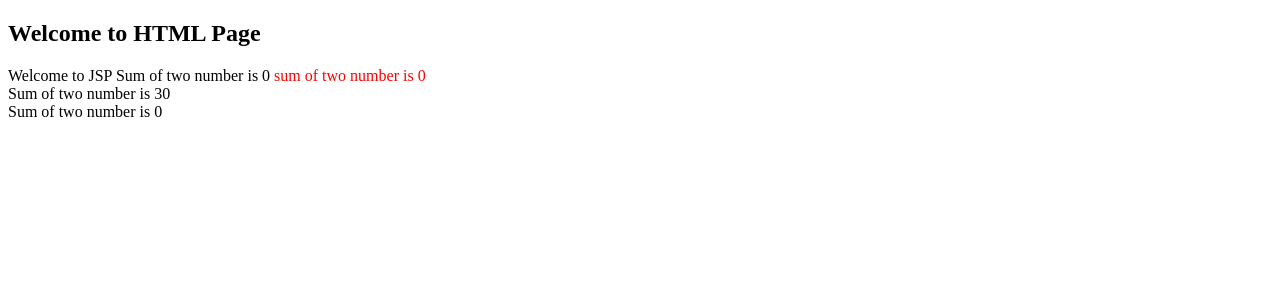
Repository: Kaleakash/onmobilebangalorejavafullstack
Page: http://localhost/JSPDemo/demo.jsp
These files come from the project's save history. The page is drawn as it stood at one moment and after the next save; the edit follows.
The browser window is 1280 px wide. The pictures show the whole page.
The page is served by Tomcat 9.

Above is the page before, as saved 2019-10-12 07:16:05.

After the next save:
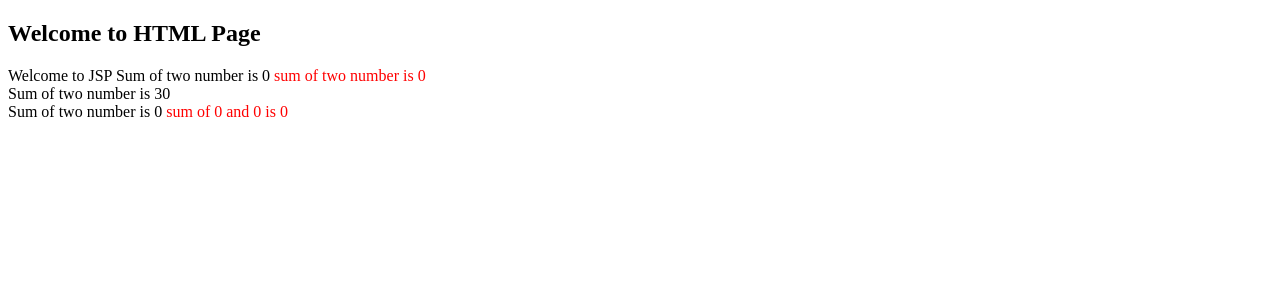
Saved 40 s later.
--- a/jee workspace/JSPDemo/WebContent/demo.jsp
+++ b/jee workspace/JSPDemo/WebContent/demo.jsp
@@ -20,5 +20,8 @@
 Sum of two number is <%=10+20 %>
 <br/>
 Sum of two number is <%=sum %>
+<font color="red">
+sum of <%=a %> and <%=b %> is <%=sum %>
+</font>
 </body>
 </html>
